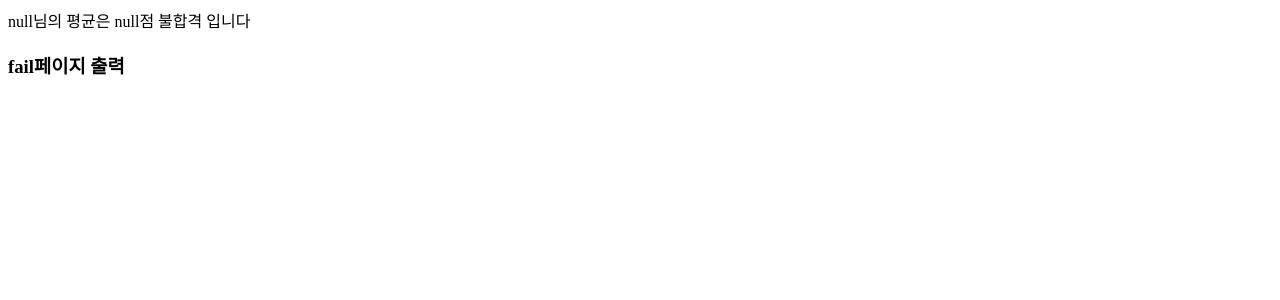
Repository: Muji1412/JSPstudy
Page: http://localhost/JSPbasic/actiontag/Quiz02_fail.jsp
The author's editor kept a copy of each file at every save. The page is drawn from the files as they stood at one save, then again after the next save.
The browser window is 1280 px wide. The pictures show the whole page.
The page is served by Tomcat 9. Nobody is signed in. The application's start-up code is not run. Other server files are loaded and not shown.

Above is the page before, as saved 2025-02-21 06:17:24.

### workspace/JSPbasic/src/main/webapp/actiontag/Quiz02_fail.jsp
<%@ page language="java" contentType="text/html; charset=UTF-8"
    pageEncoding="UTF-8"%>
<%
	String avg = (String) request.getParameter("avg");
	String name = (String) request.getParameter("name");
	out.print(name + "님의 평균은 " + avg + "점 불합격 입니다");
%>
<!DOCTYPE html>
<html>
<head>
<meta charset="UTF-8">
<title>Insert title here</title>
</head>
<body>
	<h3>fail페이지 출력</h3>



</body>
</html>

After the next save:
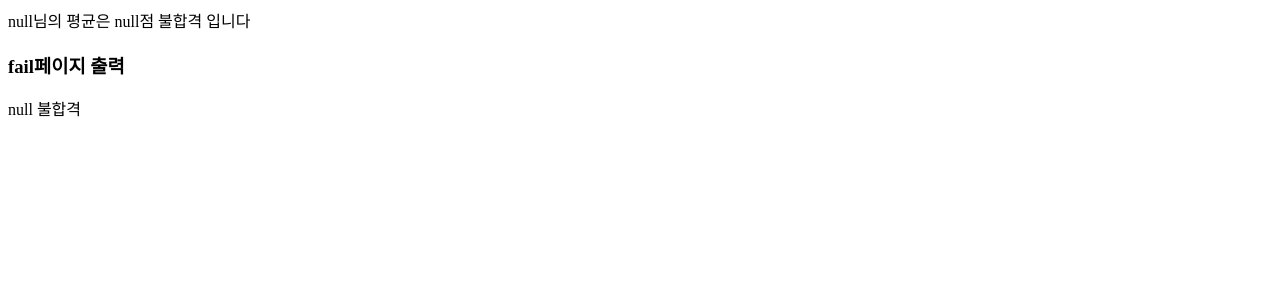
Saved 4 s later.
--- a/workspace/JSPbasic/src/main/webapp/actiontag/Quiz02_fail.jsp
+++ b/workspace/JSPbasic/src/main/webapp/actiontag/Quiz02_fail.jsp
@@ -13,6 +13,7 @@
 </head>
 <body>
 	<h3>fail페이지 출력</h3>
+	<%=name %> 불합격
 
 
 
